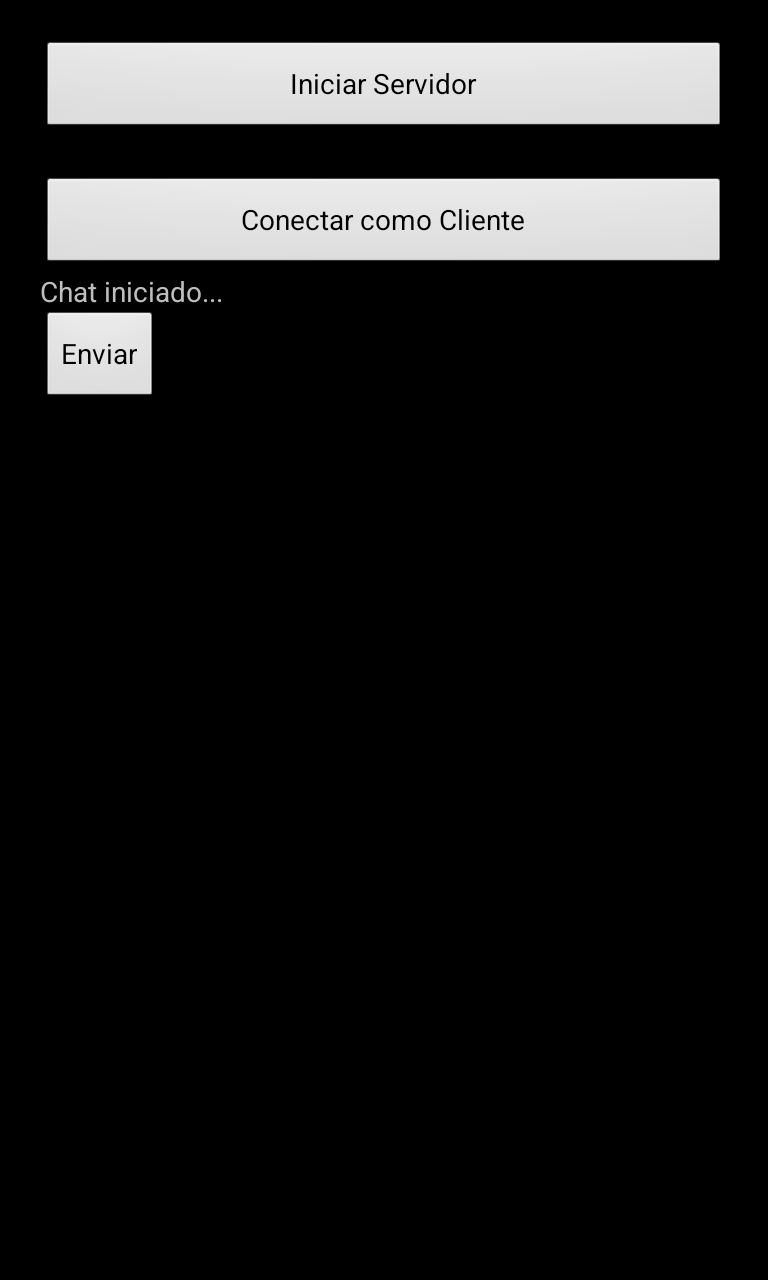
Repository: JoelmirMoura/AppMensagem
Layout: Mensagem/res/layout/main.xml
An editor plug-in stored every save of this project. The layout is shown before and after the next save, followed by the edit.
It is drawn on a 768 x 1280 px phone screen (xhdpi) without system bars, with theme android:Theme; the app's code is not run.

Above is the layout before, as saved 2026-04-24 12:11:15.

After the next save:
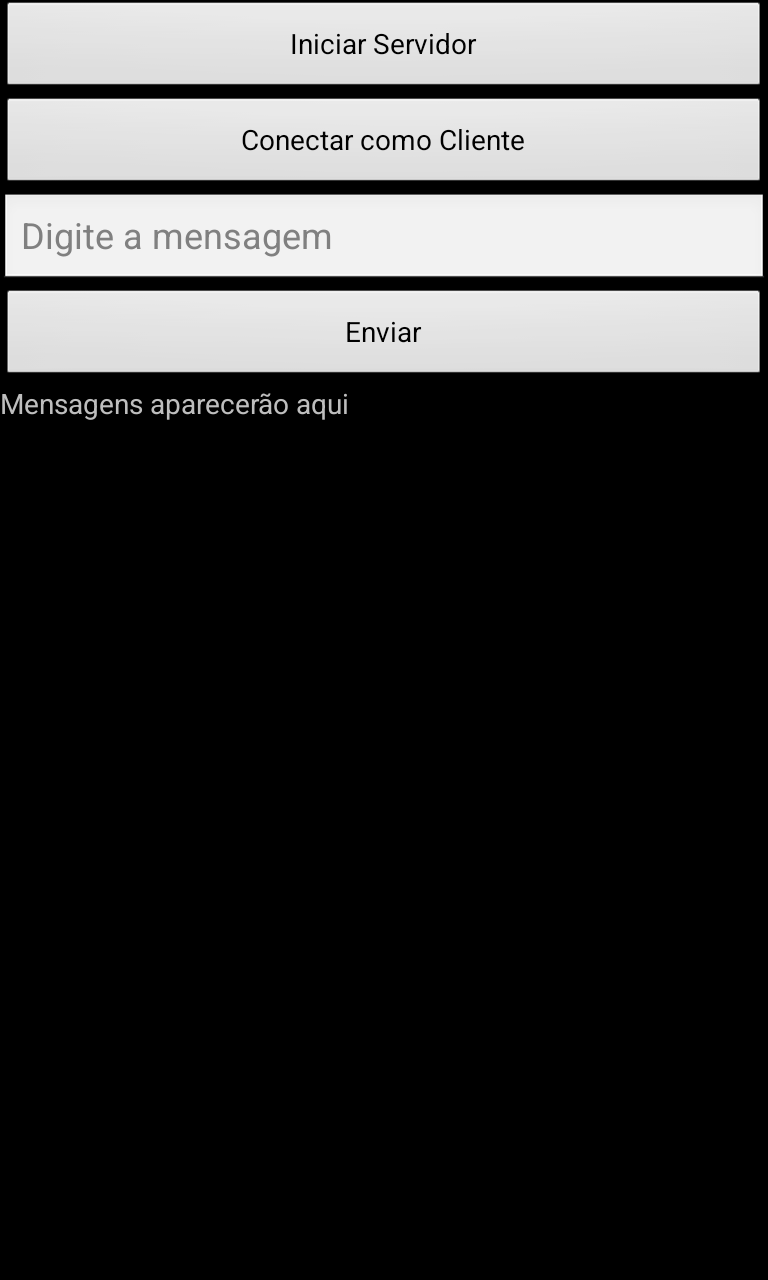
Saved 91 min 36 s later.
--- a/Mensagem/res/layout/main.xml
+++ b/Mensagem/res/layout/main.xml
@@ -1,32 +1,38 @@
-<?xml version="1.0" encoding="utf-8"?>
-<LinearLayout xmlns:android="http://schemas.android.com/apk/res/android"
+<LinearLayout
+    xmlns:android="http://schemas.android.com/apk/res/android"
     android:orientation="vertical"
-    android:padding="20dp"
-    android:layout_width="fill_parent"
-    android:layout_height="fill_parent">
+    android:layout_width="match_parent"
+    android:layout_height="match_parent">
 
     <Button
         android:id="@+id/btnServidor"
-        android:layout_width="fill_parent"
+        android:layout_width="match_parent"
         android:layout_height="wrap_content"
         android:text="Iniciar Servidor" />
 
     <Button
         android:id="@+id/btnCliente"
-        android:layout_width="fill_parent"
+        android:layout_width="match_parent"
         android:layout_height="wrap_content"
-        android:text="Conectar como Cliente"
-        android:layout_marginTop="20dp" />
-    <TextView
-    android:id="@+id/txtChat"
-    android:layout_width="fill_parent"
-    android:layout_height="wrap_content"
-    android:text="Chat iniciado..." />
+        android:text="Conectar como Cliente" />
+
+    <!-- CAMPO QUE ESTAVA FALTANDO -->
+    <EditText
+        android:id="@+id/editMensagem"
+        android:layout_width="match_parent"
+        android:layout_height="wrap_content"
+        android:hint="Digite a mensagem" />
 
     <Button
-    android:id="@+id/btnEnviar"
-    android:layout_width="wrap_content"
-    android:layout_height="wrap_content"
-    android:text="Enviar"/>
+        android:id="@+id/btnEnviar"
+        android:layout_width="match_parent"
+        android:layout_height="wrap_content"
+        android:text="Enviar" />
+
+    <TextView
+        android:id="@+id/txtMensagens"
+        android:layout_width="match_parent"
+        android:layout_height="wrap_content"
+        android:text="Mensagens aparecerão aqui" />
 
 </LinearLayout>

After the save that followed:
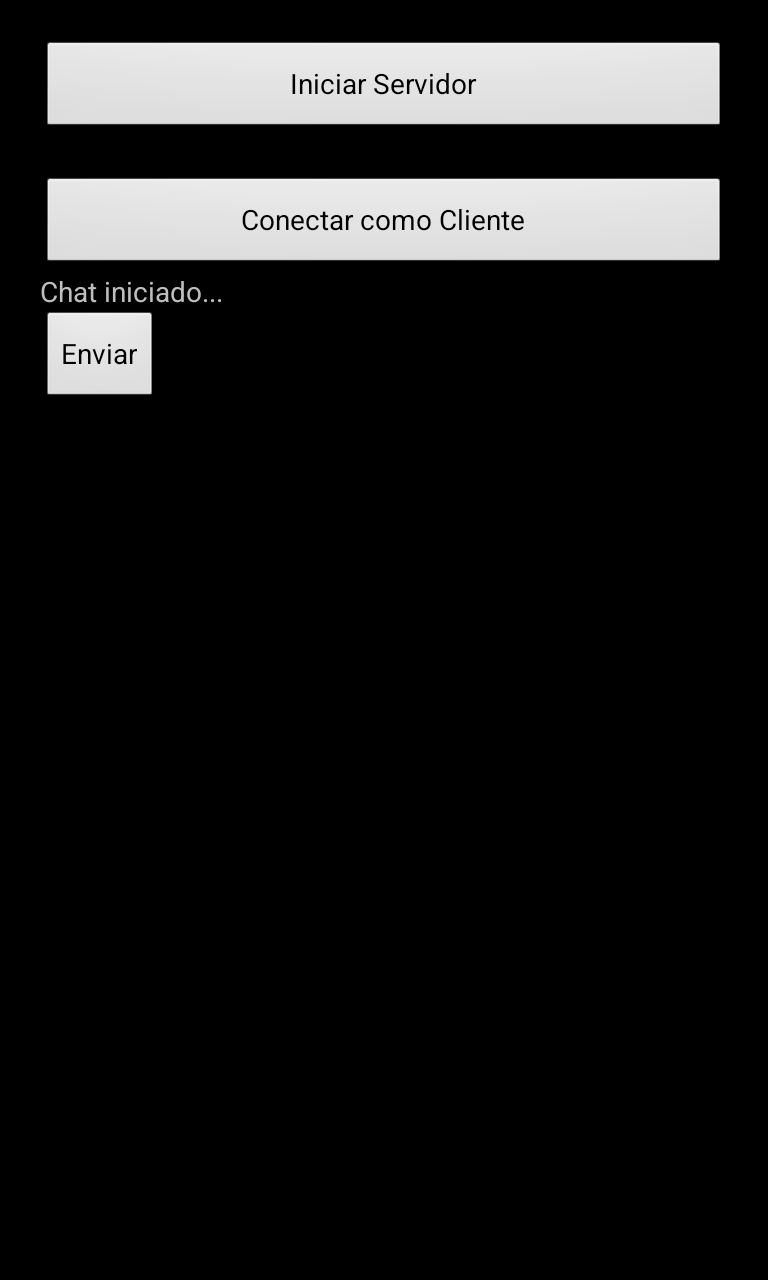
Saved 23 s later.
--- a/Mensagem/res/layout/main.xml
+++ b/Mensagem/res/layout/main.xml
@@ -1,38 +1,32 @@
-<LinearLayout
-    xmlns:android="http://schemas.android.com/apk/res/android"
+<?xml version="1.0" encoding="utf-8"?>
+<LinearLayout xmlns:android="http://schemas.android.com/apk/res/android"
     android:orientation="vertical"
-    android:layout_width="match_parent"
-    android:layout_height="match_parent">
+    android:padding="20dp"
+    android:layout_width="fill_parent"
+    android:layout_height="fill_parent">
 
     <Button
         android:id="@+id/btnServidor"
-        android:layout_width="match_parent"
+        android:layout_width="fill_parent"
         android:layout_height="wrap_content"
         android:text="Iniciar Servidor" />
 
     <Button
         android:id="@+id/btnCliente"
-        android:layout_width="match_parent"
+        android:layout_width="fill_parent"
         android:layout_height="wrap_content"
-        android:text="Conectar como Cliente" />
-
-    <!-- CAMPO QUE ESTAVA FALTANDO -->
-    <EditText
-        android:id="@+id/editMensagem"
-        android:layout_width="match_parent"
-        android:layout_height="wrap_content"
-        android:hint="Digite a mensagem" />
+        android:text="Conectar como Cliente"
+        android:layout_marginTop="20dp" />
+    <TextView
+    android:id="@+id/txtChat"
+    android:layout_width="fill_parent"
+    android:layout_height="wrap_content"
+    android:text="Chat iniciado..." />
 
     <Button
-        android:id="@+id/btnEnviar"
-        android:layout_width="match_parent"
-        android:layout_height="wrap_content"
-        android:text="Enviar" />
-
-    <TextView
-        android:id="@+id/txtMensagens"
-        android:layout_width="match_parent"
-        android:layout_height="wrap_content"
-        android:text="Mensagens aparecerão aqui" />
+    android:id="@+id/btnEnviar"
+    android:layout_width="wrap_content"
+    android:layout_height="wrap_content"
+    android:text="Enviar"/>
 
 </LinearLayout>
